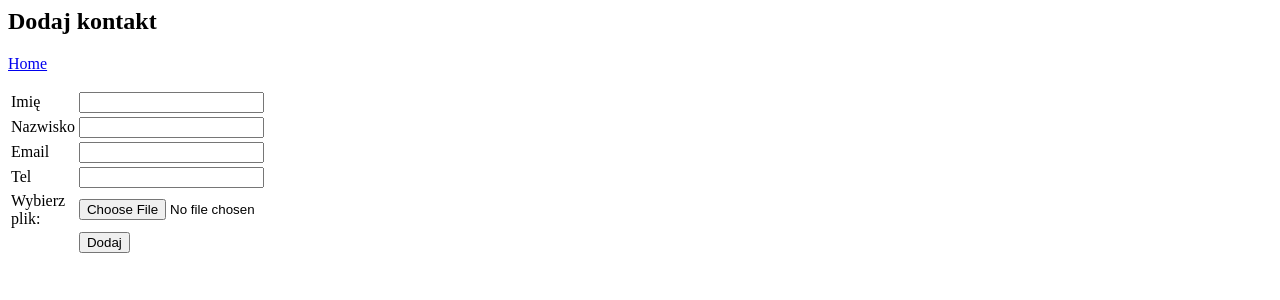
Repository: mkasus/crudCSV
Page: http://localhost/add.php
An editor plug-in stored every save of this project. The page is shown before and after the next save, followed by the edit.
The browser window is 1280 px wide. The pictures show the whole page.
The page is run by PHP 8.4 with error messages shown; the project is at /var/www/html/.

Above is the page before, as saved 2024-03-27 18:33:00.

### add.php
<html>
<head>
	<title>Dodaj kontakt</title>
</head>

<body>
	<h2>Dodaj kontakt</h2>
	<p>
		<a href="index.php">Home</a>
	</p>

	<form action="addAction.php" method="post" name="add" enctype="multipart/form-data">
		<table width="25%" border="0">
			<tr>
				<td>Imię</td>
				<td><input type="text" name="name"></td>
			</tr>
			<tr>
				<td>Nazwisko</td>
				<td><input type="text" name="lastName"></td>
			</tr>
			<tr>
				<td>Email</td>
				<td><input type="text" name="email"></td>
			</tr>
			<tr>
				<td>Tel</td>
				<td><input type="text" name="tel"></td>
			</tr>
			<tr>
			<td>
				<label for="myfile"> Wybierz plik:</label></td>
			<td>	<input type="file" id="myfile" name="file"></td>
			</tr>
			<tr>
				<td></td>
				<td><input type="submit" name="submit" value="Dodaj"></td>
			</tr>
		</table>
	</form>
</body>
</html>

After the next save:
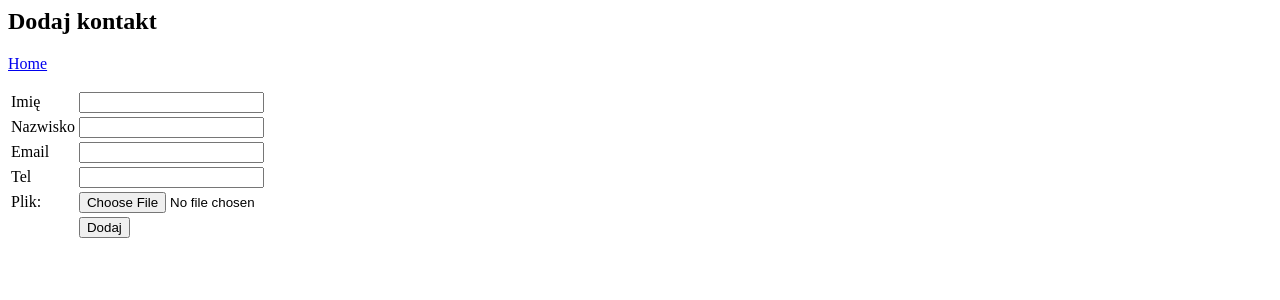
Saved 20 s later.
--- a/add.php
+++ b/add.php
@@ -29,7 +29,7 @@
 			</tr>
 			<tr>
 			<td>
-				<label for="myfile"> Wybierz plik:</label></td>
+				<label for="myfile"> Plik:</label></td>
 			<td>	<input type="file" id="myfile" name="file"></td>
 			</tr>
 			<tr>
